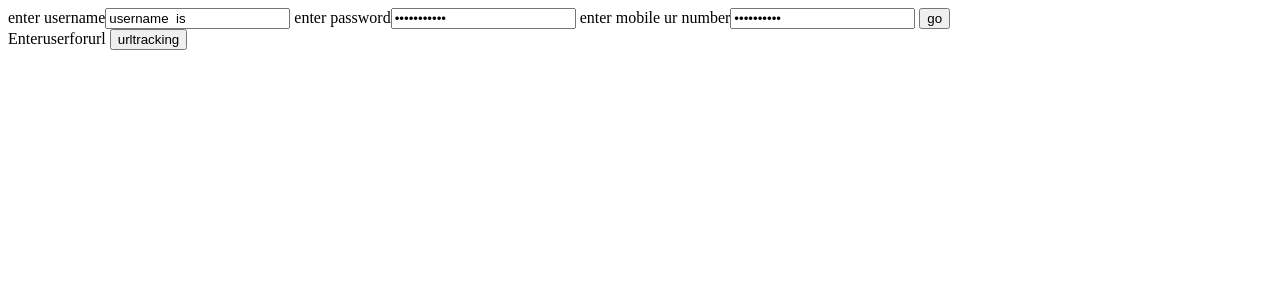
Repository: heenasalim/Java_Script
Page: HtttpSession/WebContent/LoginWithCookie.html
An editor plug-in stored every save of this project. The page is shown before and after the next save, followed by the edit.
The browser window is 1280 px wide. The pictures show the whole page.

Above is the page before, as saved 2015-10-14 09:02:00.

After the next save:
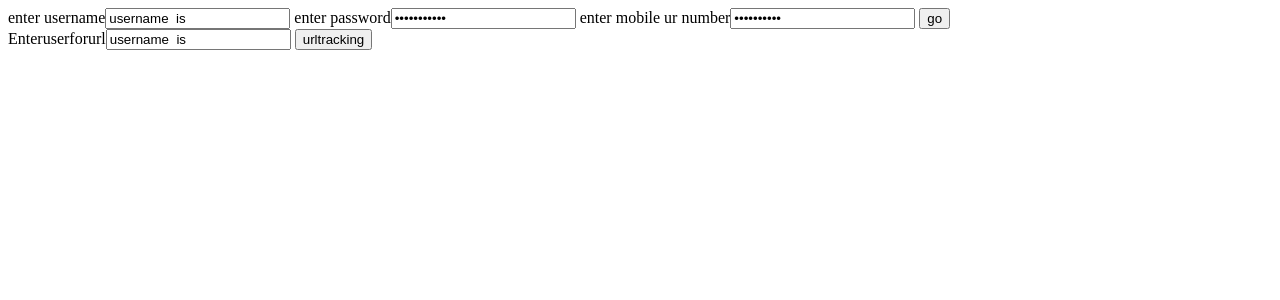
Saved 44 s later.
--- a/HtttpSession/WebContent/LoginWithCookie.html
+++ b/HtttpSession/WebContent/LoginWithCookie.html
@@ -12,7 +12,7 @@ enter  mobile   ur  number<input  type="password"  name="mob"   value="mobile  n
 <input type="submit"  name=submit   value="go"  />
 </form>
 <form  action="Url1" method="get">
-Enteruserforurl
+Enteruserforurl<input  type="text"   name="user"  value="username  is"/>
 <input  type="submit"    name= "submit"   value="urltracking"/>
 </form>
 </body>
